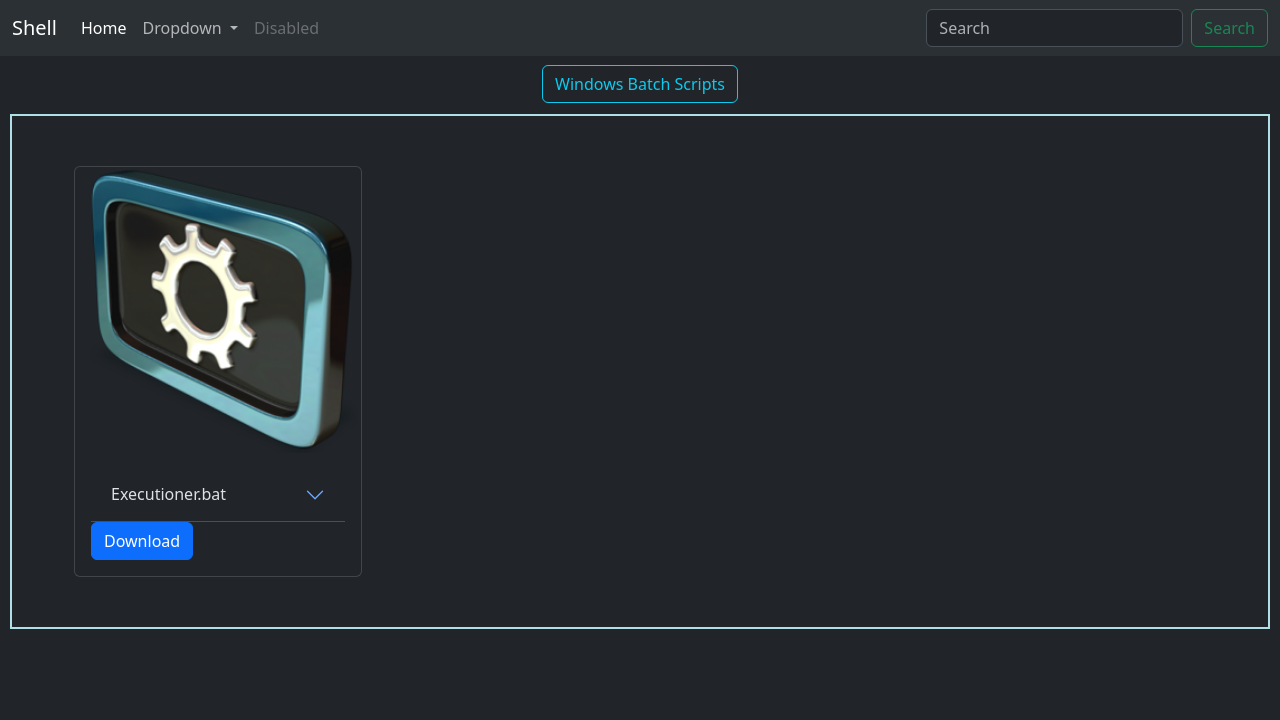
Repository: VictoriousMango/Archive
Page: index.html
An editor plug-in stored every save of this project. The page is shown before and after the next save, followed by the edit.
The browser window is 1280 px wide. The pictures show the whole page.

Above is the page before, as saved 2024-06-06 01:14:01.

After the next save:
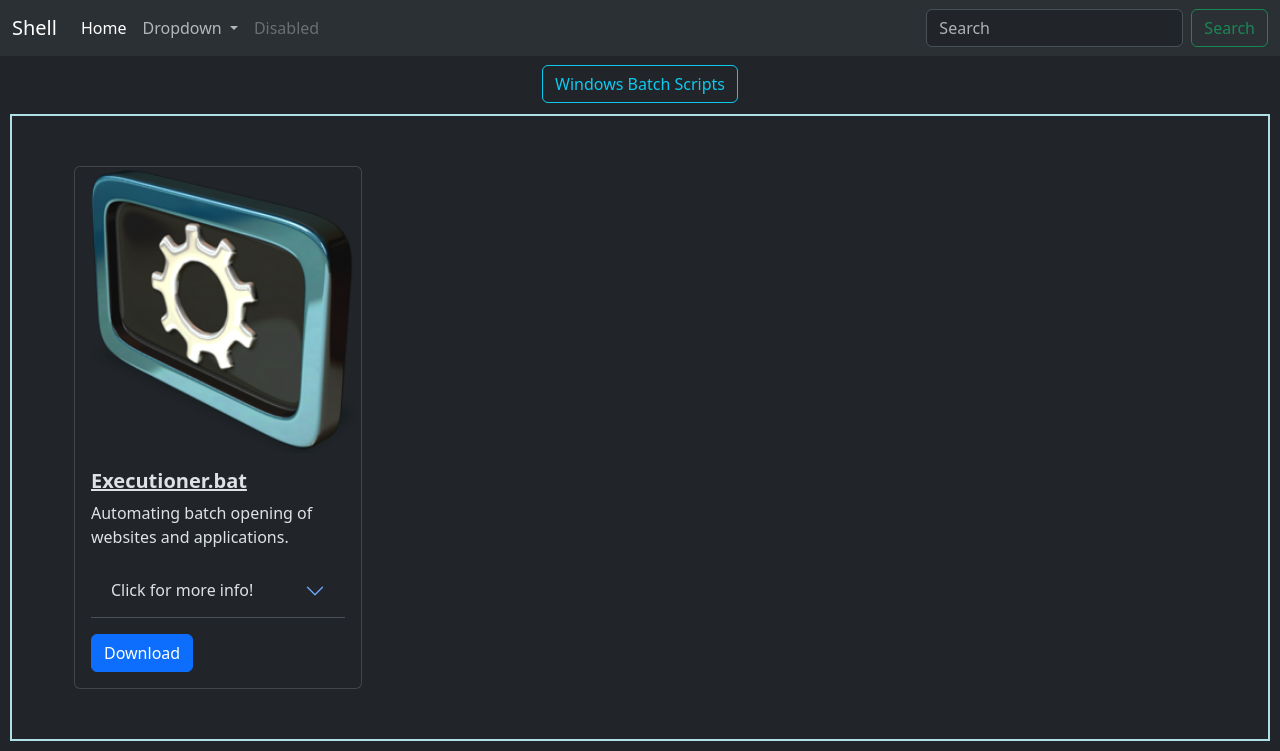
Saved 46 s later.
--- a/index.html
+++ b/index.html
@@ -47,17 +47,21 @@
                 <div class="card" style="width: 18rem;">
                     <img src="Images\MS-DOS_Batch_File.png" class="card-img-top" alt="...">
                     <div class="card-body">
-                        <div class="accordion accordion-flush" id="accordionFlushExample">
-                            <div class="accordion-item">
-                              <h2 class="accordion-header">
-                                <button class="accordion-button collapsed" type="button" data-bs-toggle="collapse" data-bs-target="#flush-collapseOne" aria-expanded="false" aria-controls="flush-collapseOne">
-                                  Executioner.bat
-                                </button>
-                              </h2>
-                              <div id="flush-collapseOne" class="accordion-collapse collapse" data-bs-parent="#accordionFlushExample">
-                                <div class="accordion-body">Placeholder content for this accordion, which is intended to demonstrate the <code>.accordion-flush</code> class. This is the first item's accordion body.</div>
-                              </div>
-                            </div>
+                        <h5 class="card-title"><b><u>Executioner.bat</u></b></h5>
+                        <p class="card-text">
+                            Automating batch opening of websites and applications.
+                            <div class="accordion accordion-flush" id="accordionFlushExample">
+                                <div class="accordion-item">
+                                  <h2 class="accordion-header">
+                                    <button class="accordion-button collapsed" type="button" data-bs-toggle="collapse" data-bs-target="#flush-collapseOne" aria-expanded="false" aria-controls="flush-collapseOne">
+                                      Click for more info!
+                                    </button>
+                                  </h2>
+                                  <div id="flush-collapseOne" class="accordion-collapse collapse" data-bs-parent="#accordionFlushExample">
+                                    <div class="accordion-body">Placeholder content for this accordion, which is intended to demonstrate the <code>.accordion-flush</code> class. This is the first item's accordion body.</div>
+                                  </div>
+                                </div>
+                        </p>
                         <a href="Groups/Projects/Executioner.bat" class="btn btn-primary" download>Download</a>
                     </div>
                   </div>
